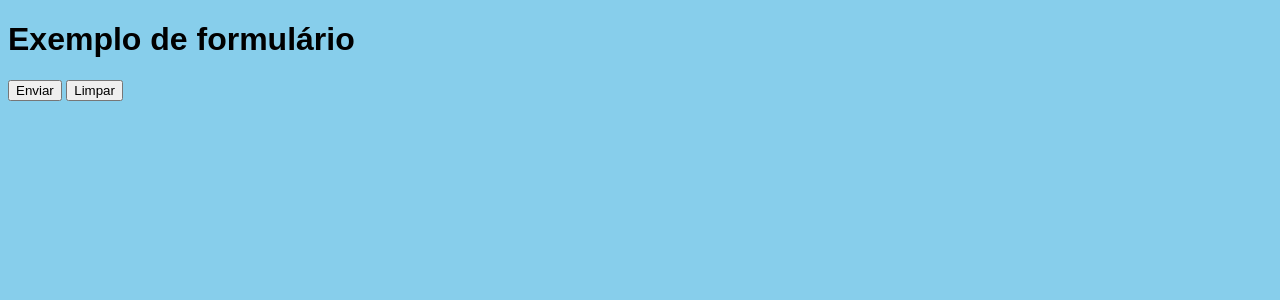
Repository: Codigo404q/html-css
Page: exercicios/ex025/form007.html
The author's editor kept a copy of each file at every save. The page is drawn from the files as they stood at one save, then again after a run of saves.
The browser window is 1280 px wide. The pictures show the whole page.

Above is the page before, as saved 2024-01-30 22:09:41.

After the next 2 saves:
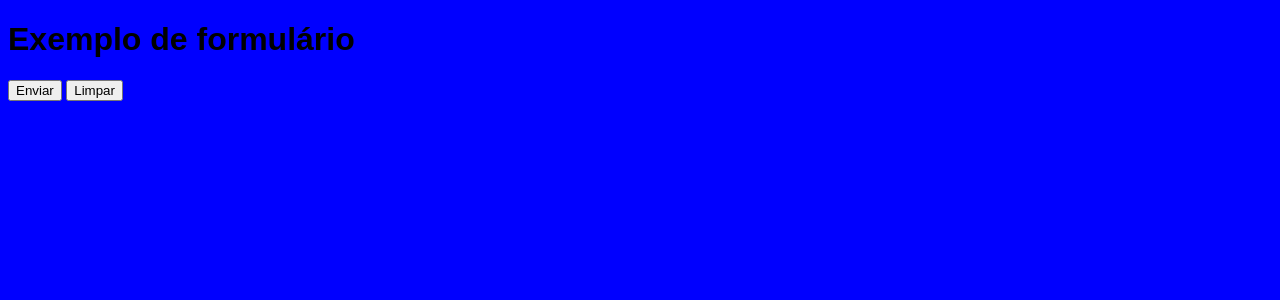
The 2 saves are shown as one change because they came seconds apart.
The last was saved 12 s later.
--- a/exercicios/ex025/form007.html
+++ b/exercicios/ex025/form007.html
@@ -6,7 +6,7 @@
     <title>Formulário</title>
     <style>
        body {
-            background-color: skyblue;
+            background-color: blue;
             font-family: Arial, Helvetica, sans-serif;
         }
     </style>
